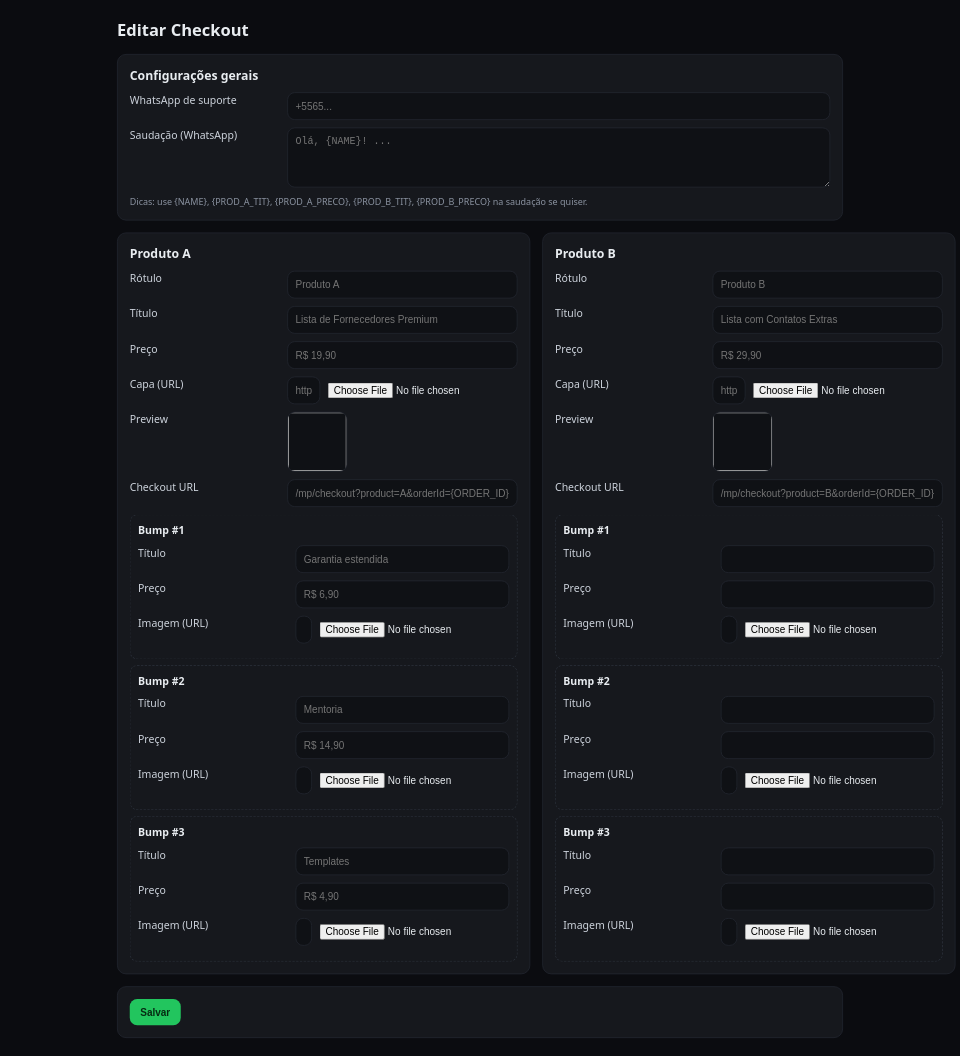
Repository: Rob-son-prog/hiveloja-whatsapp
Page: checkout/admin/editar-checkout.html
An editor plug-in stored every save of this project. The page is shown before and after the next save, followed by the edit.
The browser window is 1280 px wide. The pictures show the whole page, at 75% of full size.
The page's requests for data from a server got no answer.

Above is the page before, as saved 2025-10-09 14:33:35.

After the next save:
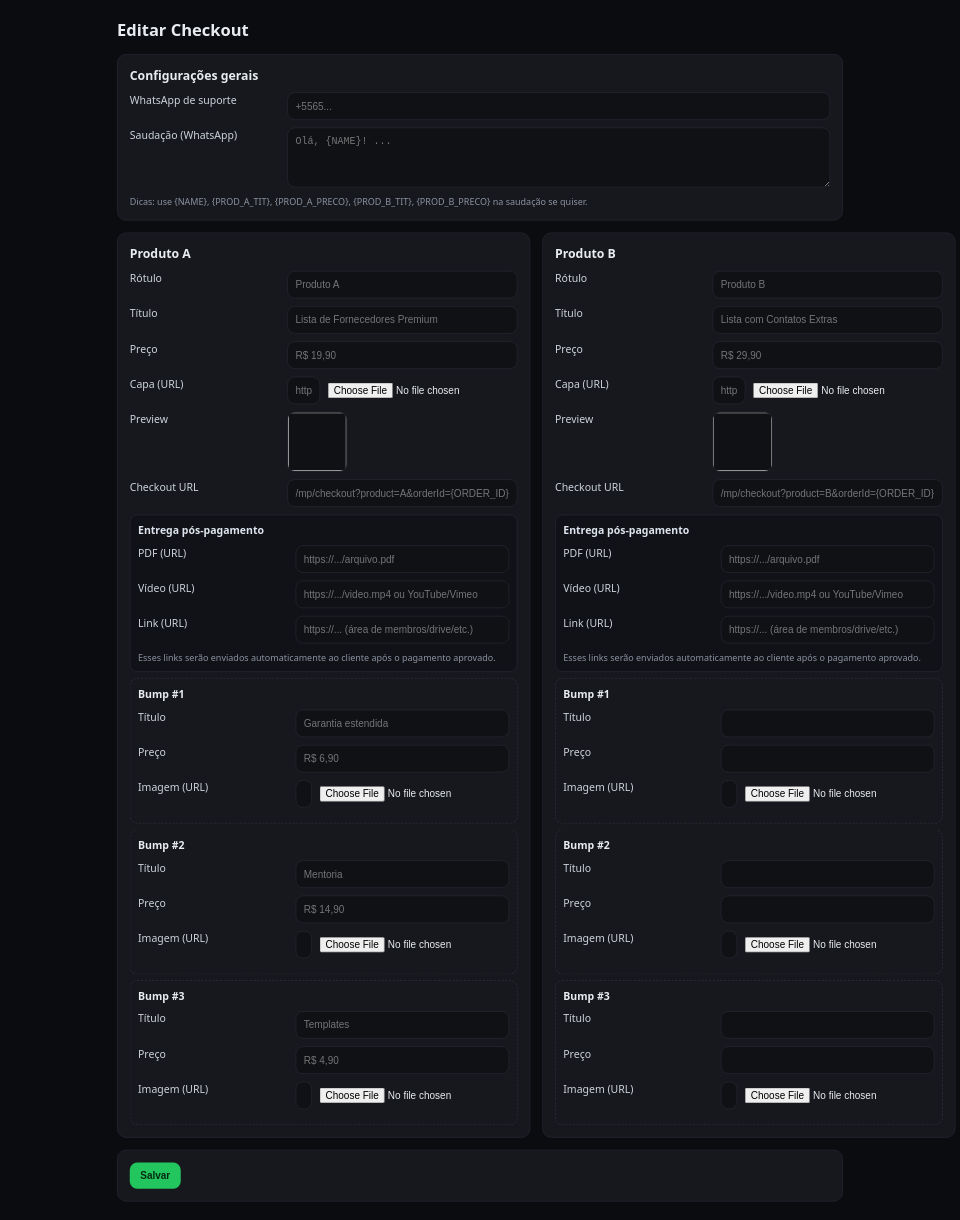
Saved 5 min 7 s later.
--- a/checkout/admin/editar-checkout.html
+++ b/checkout/admin/editar-checkout.html
@@ -23,6 +23,8 @@
   .thumb{width:80px;height:80px;border-radius:10px;border:1px solid var(--bd);object-fit:cover;background:#0f1115}
   .two{display:grid;grid-template-columns:1fr 1fr;gap:16px}
   .bump{border:1px dashed #2b313b;border-radius:10px;padding:10px;margin-top:8px}
+  .sub{border:1px solid var(--bd);border-radius:10px;padding:10px;margin-top:10px;background:#101217}
+  .sub h4{margin:0 0 6px;font-size:14px;color:#dfe5ee}
 </style>
 </head>
 <body>
@@ -65,6 +67,15 @@
         <input id="a_checkout" type="text" placeholder="/mp/checkout?product=A&orderId={ORDER_ID}">
       </div>
 
+      <!-- ENTREGA A -->
+      <div class="sub">
+        <h4>Entrega pós-pagamento</h4>
+        <div class="row"><label>PDF (URL)</label><input id="a_pdf" type="text" placeholder="https://.../arquivo.pdf"></div>
+        <div class="row"><label>Vídeo (URL)</label><input id="a_video" type="text" placeholder="https://.../video.mp4 ou YouTube/Vimeo"></div>
+        <div class="row"><label>Link (URL)</label><input id="a_link" type="text" placeholder="https://... (área de membros/drive/etc.)"></div>
+        <div class="muted">Esses links serão enviados automaticamente ao cliente após o pagamento aprovado.</div>
+      </div>
+
       <div class="bump">
         <strong>Bump #1</strong>
         <div class="row"><label>Título</label><input id="a_b1_tit" type="text" placeholder="Garantia estendida"></div>
@@ -121,6 +132,15 @@
       <div class="row">
         <label>Checkout URL</label>
         <input id="b_checkout" type="text" placeholder="/mp/checkout?product=B&orderId={ORDER_ID}">
+      </div>
+
+      <!-- ENTREGA B -->
+      <div class="sub">
+        <h4>Entrega pós-pagamento</h4>
+        <div class="row"><label>PDF (URL)</label><input id="b_pdf" type="text" placeholder="https://.../arquivo.pdf"></div>
+        <div class="row"><label>Vídeo (URL)</label><input id="b_video" type="text" placeholder="https://.../video.mp4 ou YouTube/Vimeo"></div>
+        <div class="row"><label>Link (URL)</label><input id="b_link" type="text" placeholder="https://... (área de membros/drive/etc.)"></div>
+        <div class="muted">Esses links serão enviados automaticamente ao cliente após o pagamento aprovado.</div>
       </div>
 
       <div class="bump">
@@ -190,7 +210,7 @@
     $('whats').value = CFG.whatsapp_suporte || '';
     $('saudacao').value = CFG.saudacao || '';
 
-    // A
+    // Produto A
     const A = CFG.produtoA || {};
     $('a_rotulo').value = A.rotulo || '';
     $('a_titulo').value = A.titulo || '';
@@ -205,7 +225,13 @@
     $('a_b2_tit').value=gA(1,'titulo'); $('a_b2_pre').value=gA(1,'preco'); $('a_b2_img').value=gA(1,'img_url');
     $('a_b3_tit').value=gA(2,'titulo'); $('a_b3_pre').value=gA(2,'preco'); $('a_b3_img').value=gA(2,'img_url');
 
-    // B
+    // Entrega A
+    const EA = A.entrega || {};
+    $('a_pdf').value   = EA.pdf_url   || '';
+    $('a_video').value = EA.video_url || '';
+    $('a_link').value  = EA.link_url  || '';
+
+    // Produto B
     const B = CFG.produtoB || {};
     $('b_rotulo').value = B.rotulo || '';
     $('b_titulo').value = B.titulo || '';
@@ -219,6 +245,12 @@
     $('b_b1_tit').value=gB(0,'titulo'); $('b_b1_pre').value=gB(0,'preco'); $('b_b1_img').value=gB(0,'img_url');
     $('b_b2_tit').value=gB(1,'titulo'); $('b_b2_pre').value=gB(1,'preco'); $('b_b2_img').value=gB(1,'img_url');
     $('b_b3_tit').value=gB(2,'titulo'); $('b_b3_pre').value=gB(2,'preco'); $('b_b3_img').value=gB(2,'img_url');
+
+    // Entrega B
+    const EB = B.entrega || {};
+    $('b_pdf').value   = EB.pdf_url   || '';
+    $('b_video').value = EB.video_url || '';
+    $('b_link').value  = EB.link_url  || '';
 
     // uploads
     $('a_cover_file').onchange = ()=>uploadFile($('a_cover_file'),'a_cover','a_cover_img');
@@ -240,6 +272,11 @@
       produtoA: {
         rotulo: $('a_rotulo').value, titulo: $('a_titulo').value, preco: $('a_preco').value,
         cover_url: $('a_cover').value, checkout_url: $('a_checkout').value,
+        entrega: {
+          pdf_url:   $('a_pdf').value.trim(),
+          video_url: $('a_video').value.trim(),
+          link_url:  $('a_link').value.trim()
+        },
         bumps: [
           { id:'b1', titulo:$('a_b1_tit').value, preco:$('a_b1_pre').value, img_url:$('a_b1_img').value },
           { id:'b2', titulo:$('a_b2_tit').value, preco:$('a_b2_pre').value, img_url:$('a_b2_img').value },
@@ -249,6 +286,11 @@
       produtoB: {
         rotulo: $('b_rotulo').value, titulo: $('b_titulo').value, preco: $('b_preco').value,
         cover_url: $('b_cover').value, checkout_url: $('b_checkout').value,
+        entrega: {
+          pdf_url:   $('b_pdf').value.trim(),
+          video_url: $('b_video').value.trim(),
+          link_url:  $('b_link').value.trim()
+        },
         bumps: [
           { id:'b1', titulo:$('b_b1_tit').value, preco:$('b_b1_pre').value, img_url:$('b_b1_img').value },
           { id:'b2', titulo:$('b_b2_tit').value, preco:$('b_b2_pre').value, img_url:$('b_b2_img').value },
